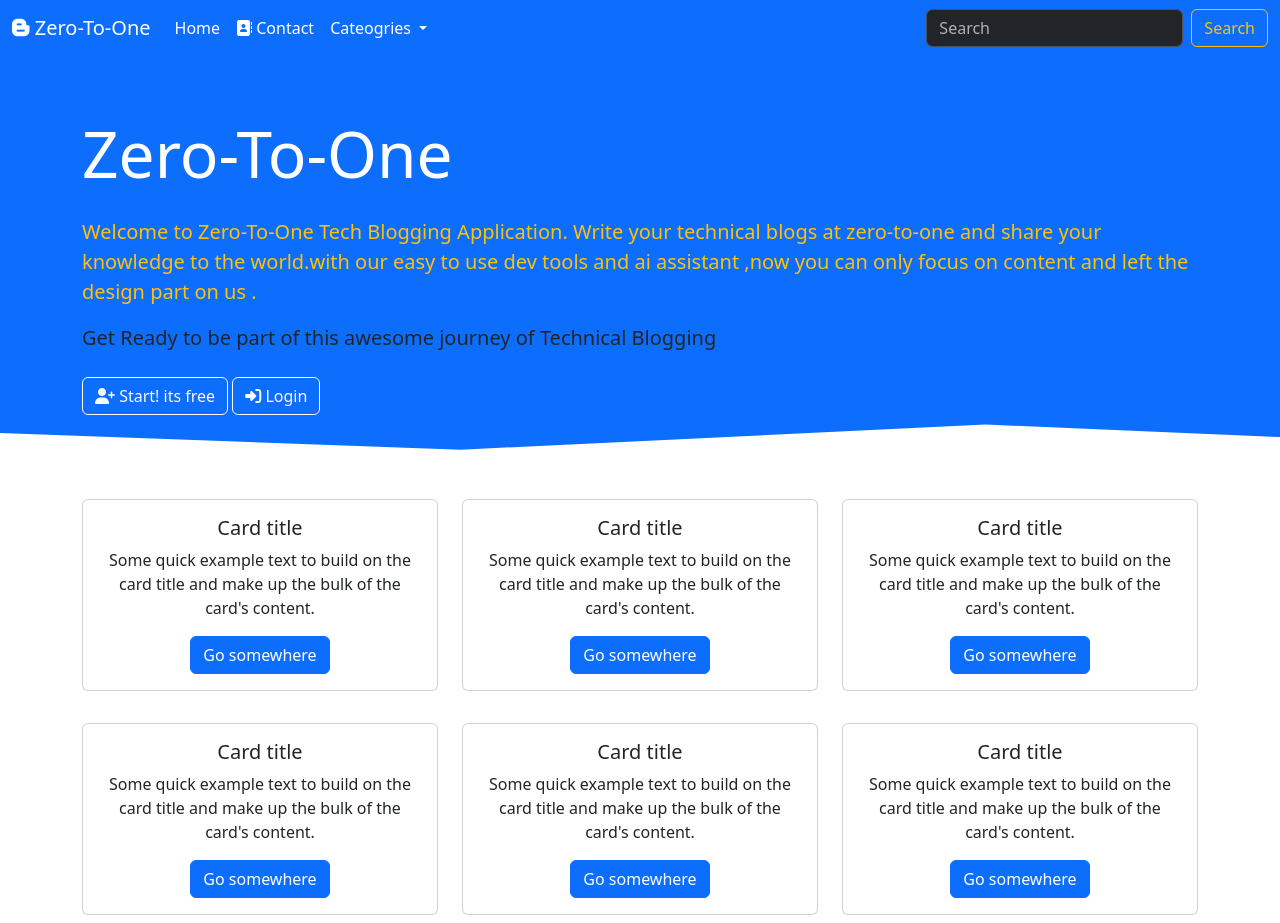
Repository: Gaurav560/PROJECT-ZeroToOne-TechBlog
Page: http://localhost/ZeroToOne/
These files come from the project's save history. The page is drawn as it stood at one moment and after the next save; the edit follows.
The browser window is 1280 px wide. The pictures show the whole page.
Some web libraries are served in a nearby version. The page is served by Tomcat 9. Other server files are loaded and not shown.

Above is the page before, as saved 2023-04-29 11:39:01.

### ZeroToOne/src/main/webapp/index.jsp
<%@page import="com.blog.helper.ConnectionProvider"%>
<%@page import="java.sql.Connection"%>
<%@ page language="java" contentType="text/html; charset=ISO-8859-1"
	pageEncoding="ISO-8859-1"%>
<!DOCTYPE html>
<html>
<head>
<meta charset="ISO-8859-1">
<title>Index page</title>
<!--  Bootstrap css-->
<link
	href="https://cdn.jsdelivr.net/npm/bootstrap@5.3.0-alpha3/dist/css/bootstrap.min.css"
	rel="stylesheet"
	integrity="sha384-KK94CHFLLe+nY2dmCWGMq91rCGa5gtU4mk92HdvYe+M/SXH301p5ILy+dN9+nJOZ"
	crossorigin="anonymous">
<!--css  -->
<link href="css/style.css" rel="stylesheet" type="text/css" />
<!-- font-awesome -->
<script src="https://kit.fontawesome.com/d52455da93.js"
	crossorigin="anonymous"></script>
</head>
<body>
	<%@include file="indexNavbar.jsp"%>

	<!-- jumbotron starts here -->
	<div class="container-fluid m-0 p-0 ">
		<div class="jumbo bg-primary text-white banner-background">
			<div class="container">

				<h3 class="display-3 pb-3">Zero-To-One</h3>
				<p class="fs-5 text-warning">Welcome to Zero-To-One Tech Blogging
					Application. Write your technical blogs at zero-to-one and share
					your knowledge to the world.with our easy to use dev tools and ai
					assistant ,now you can only focus on content and left the design
					part on us .</p>
				<p class="fs-5 text-dark pb-2">Get Ready to be part of this
					awesome journey of Technical Blogging</p>
				<p></p>
				<a href="register_page.jsp" class="btn  btn-outline-light">
					<i class="fa-solid fa-user-plus"></i> Start! its free
				</a>
				<a href="login_page.jsp" class="btn   btn-outline-light">
					<i class="fa-solid fa-right-to-bracket"></i> Login
				</a>
			</div>
		</div>
	</div>
	<!-- jumbotron ends here -->
<br>
<!--cards starts here  -->
<div class="container">


<!--1st row starts here  -->
<div class="row">

<div class="col-md-4 mb-2">


<div class="card text-center">

  <div class="card-body">
    <h5 class="card-title">Card title</h5>
    <p class="card-text">Some quick example text to build on the card title and make up the bulk of the card's content.</p>
    <a href="#" class="btn btn-primary">Go somewhere</a>
  </div>
</div>

</div>
<div class="col-md-4 mb-2">


<div class="card text-center">

  <div class="card-body">
    <h5 class="card-title">Card title</h5>
    <p class="card-text">Some quick example text to build on the card title and make up the bulk of the card's content.</p>
    <a href="#" class="btn btn-primary">Go somewhere</a>
  </div>
</div>

</div><div class="col-md-4 mb-2">


<div class="card text-center">

  <div class="card-body">
    <h5 class="card-title">Card title</h5>
    <p class="card-text">Some quick example text to build on the card title and make up the bulk of the card's content.</p>
    <a href="#" class="btn btn-primary">Go somewhere</a>
  </div>
</div>

</div>
</div>

<!--1st row ends here  -->

<br>
<!--2nd row ends here  -->

<div class="row">

<div class="col-md-4 mb-2 ">


<div class="card text-center">

  <div class="card-body">
    <h5 class="card-title">Card title</h5>
    <p class="card-text">Some quick example text to build on the card title and make up the bulk of the card's content.</p>
    <a href="#" class="btn btn-primary">Go somewhere</a>
  </div>
</div>

</div>
<div class="col-md-4 mb-2">


<div class="card text-center">

  <div class="card-body">
    <h5 class="card-title">Card title</h5>
    <p class="card-text">Some quick example text to build on the card title and make up the bulk of the card's content.</p>
    <a href="#" class="btn btn-primary">Go somewhere</a>
  </div>
</div>

</div><div class="col-md-4 mb-2">


<div class="card text-center">

  <div class="card-body">
    <h5 class="card-title">Card title</h5>
    <p class="card-text">Some quick example text to build on the card title and make up the bulk of the card's content.</p>
    <a href="#" class="btn btn-primary">Go somewhere</a>
  </div>
</div>

</div>
</div>

<!--2nd row ends here  -->
</div>
<!-- cards end here -->


	<!-- jquery cdn -->
	<script src="https://code.jquery.com/jquery-3.6.4.min.js"
		integrity="sha256-oP6HI9z1XaZNBrJURtCoUT5SUnxFr8s3BzRl+cbzUq8="
		crossorigin="anonymous">

	</script>

	<!-- js  -->

	<script
		src="https://cdn.jsdelivr.net/npm/bootstrap@5.3.0-alpha3/dist/js/bootstrap.bundle.min.js"
		integrity="sha384-ENjdO4Dr2bkBIFxQpeoTz1HIcje39Wm4jDKdf19U8gI4ddQ3GYNS7NTKfAdVQSZe"
		crossorigin="anonymous"></script>
	<script src="js/myjs.js" type="text/javascript"></script>

</body>
</html>

### ZeroToOne/src/main/webapp/indexNavbar.jsp
<nav class="navbar navbar-expand-lg  bg-primary dar "   data-bs-theme="dark">
	<div class="container-fluid">

         <a class="navbar-brand" href="index.jsp"><i class="fa-brands fa-blogger-b"></i> Zero-To-One</a>
		<button class="navbar-toggler" type="button" data-bs-toggle="collapse"
			data-bs-target="#navbarSupportedContent"
			aria-controls="navbarSupportedContent" aria-expanded="false"
			aria-label="Toggle navigation">
			<span class="navbar-toggler-icon"></span>
		</button>
		<div class="collapse navbar-collapse" id="navbarSupportedContent">
			<ul class="navbar-nav me-auto mb-2 mb-lg-0">
				<li class="nav-item"><a class="nav-link active"
					aria-current="page" href="#">Home</a></li>
				<li class="nav-item"><a class="nav-link active" href="#"><i class="fa-solid fa-address-book"></i> Contact</a></li>
				<li class="nav-item dropdown"><a
					class="nav-link dropdown-toggle active" href="#" role="button"
					data-bs-toggle="dropdown" aria-expanded="false">Cateogries </a>
					<ul class="dropdown-menu">
						<li><a class="dropdown-item " href="#">Action</a></li>
						<li><a class="dropdown-item" href="#">Another action</a></li>
						<li><hr class="dropdown-divider"></li>
						<li><a class="dropdown-item" href="#">Something else here</a></li>
					</ul></li>

			</ul>
			<form class="d-flex" role="search">
				<input class="form-control me-2" type="search" placeholder="Search"
					aria-label="Search">
				<button class="btn btn-outline-warning" type="submit">Search</button>
			</form>
		</div>
	</div>
</nav>

### ZeroToOne/src/main/webapp/css/style.css
.bg-dar{

	padding:14px;
}
.jumbo{
	padding:60px;
}
.banner-background{
clip-path: polygon(30% 0%, 70% 0%, 100% 0, 100% 91%, 77% 88%, 36% 94%, 0 90%, 0 0);



}

Loaded but not shown: ZeroToOne/ZeroToOne/js/myjs.js (no stored copy; drawn as an empty file)

After the next save:
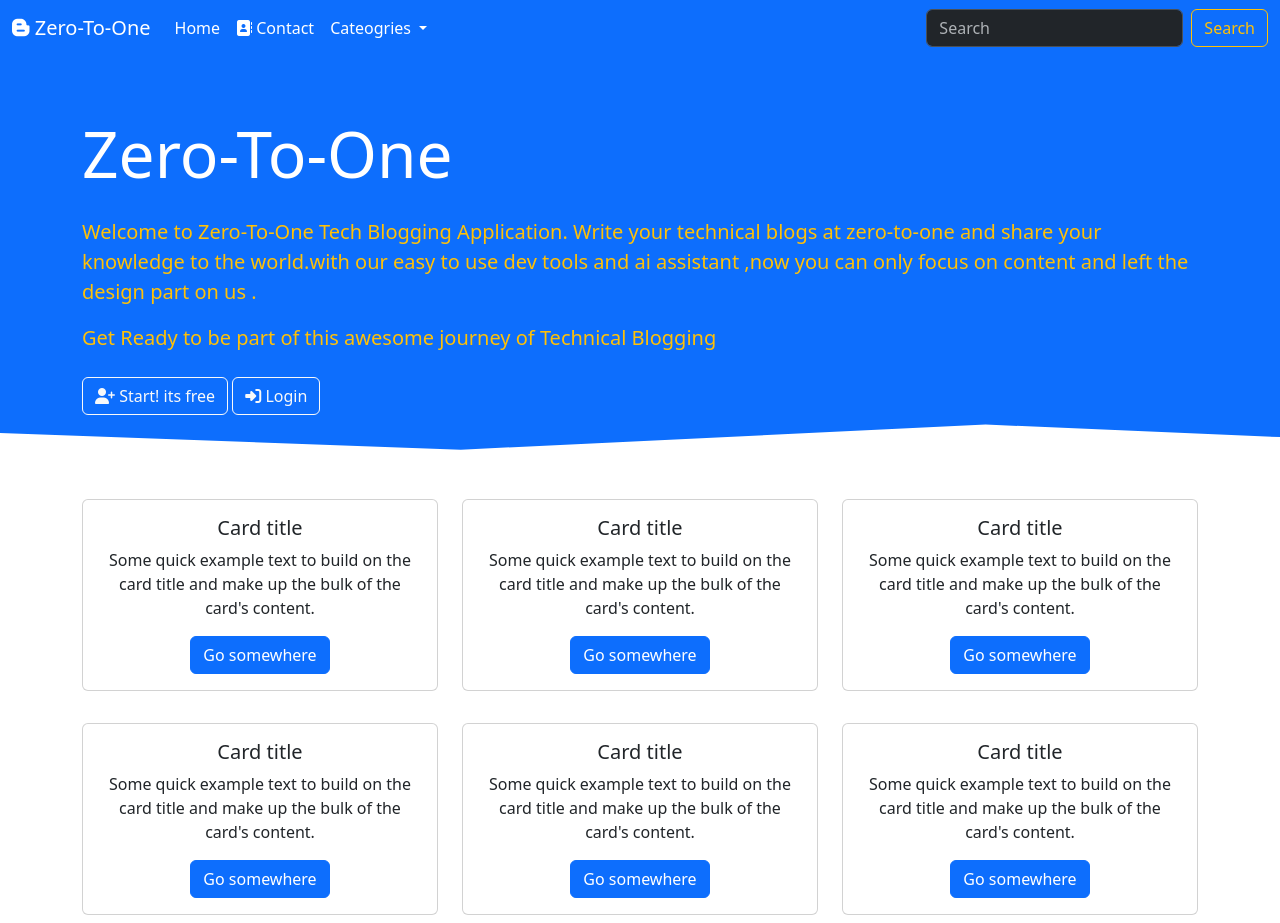
Saved 16 s later.
--- a/ZeroToOne/src/main/webapp/index.jsp
+++ b/ZeroToOne/src/main/webapp/index.jsp
@@ -33,7 +33,7 @@
 					your knowledge to the world.with our easy to use dev tools and ai
 					assistant ,now you can only focus on content and left the design
 					part on us .</p>
-				<p class="fs-5 text-dark pb-2">Get Ready to be part of this
+				<p class="fs-5 text-warning pb-2">Get Ready to be part of this
 					awesome journey of Technical Blogging</p>
 				<p></p>
 				<a href="register_page.jsp" class="btn  btn-outline-light">
